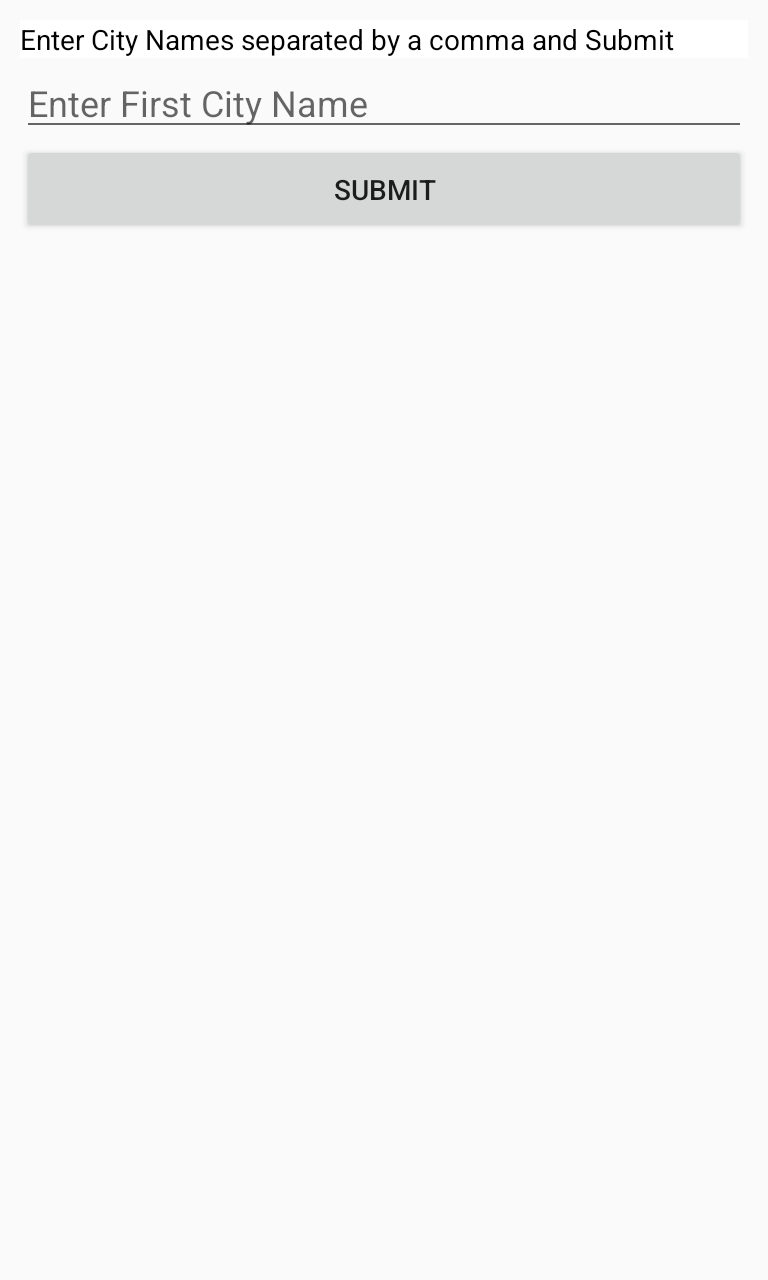
Repository: bhameamit/LeftShiftTask
Layout: LeftShiftTask/LeftShiftTak/res/layout/activity_main.xml
An editor plug-in stored every save of this project. The layout is shown before and after the next save, followed by the edit.
It is drawn on a 768 x 1280 px phone screen (xhdpi) without system bars, with theme AppTheme; the app's code is not run.

Above is the layout before, as saved 2015-02-19 20:41:32.

After the next save:
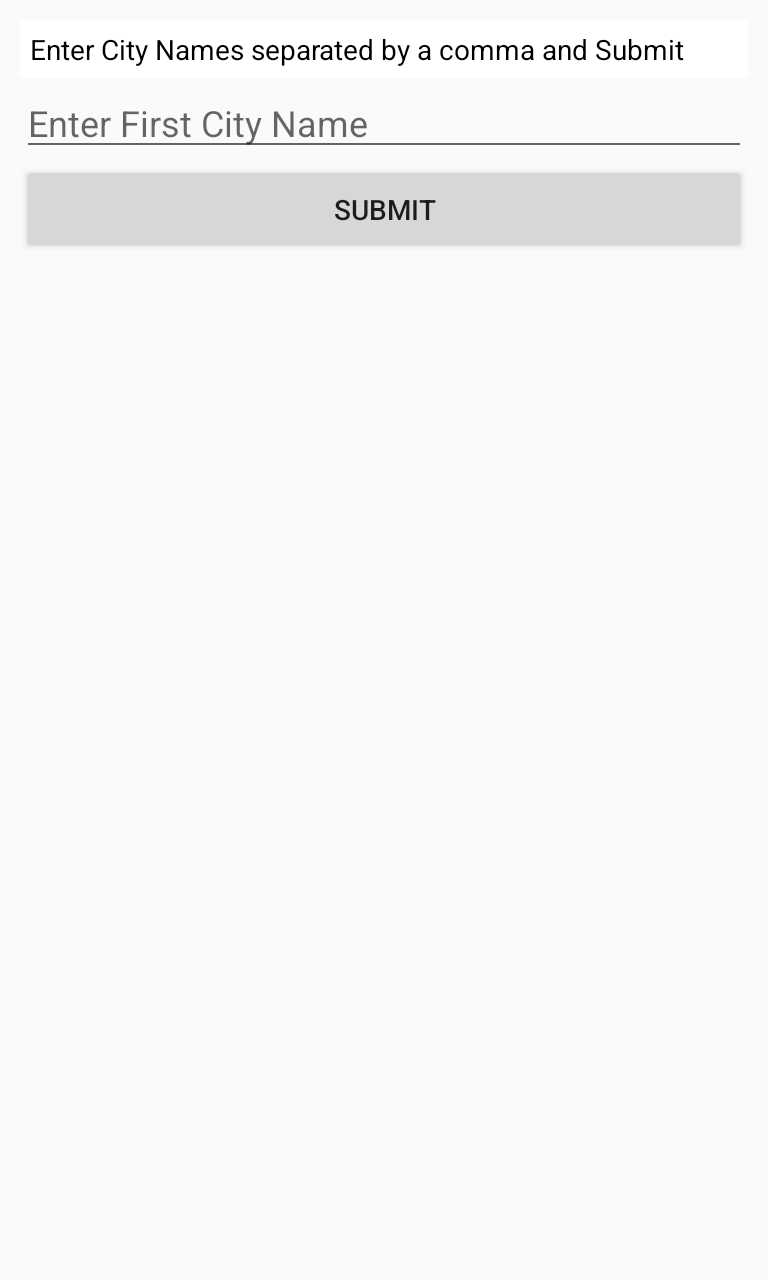
Saved 18 s later.
--- a/LeftShiftTask/LeftShiftTak/res/layout/activity_main.xml
+++ b/LeftShiftTask/LeftShiftTak/res/layout/activity_main.xml
@@ -11,7 +11,8 @@
         android:layout_height="wrap_content"
         android:textColor="@android:color/black"
         android:background="@android:color/white"
-        android:text="@string/info"/>
+        android:text="@string/info"
+        android:padding="5dp"/>
 
     <EditText
         android:id="@+id/city1"
